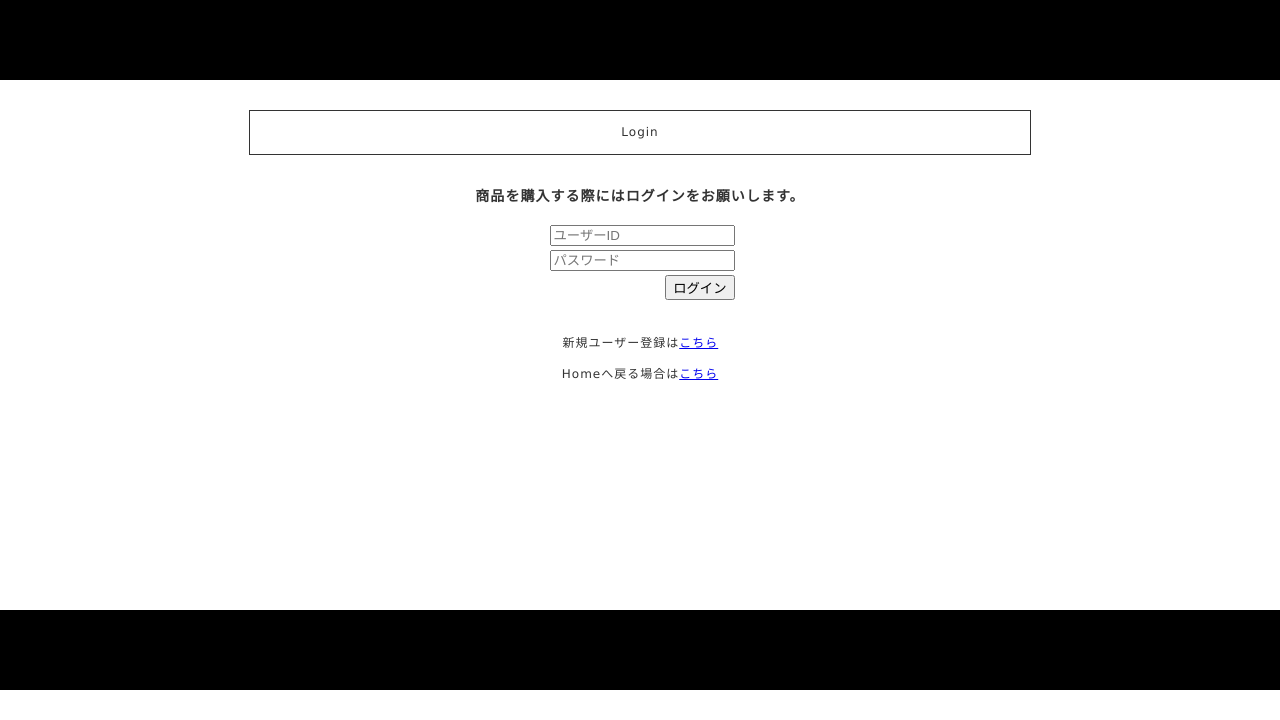
Repository: SNMAGNET/backup
Page: http://localhost/ecsite/HomeAction.action
An editor plug-in stored every save of this project. The page is shown before and after the next save, followed by the edit.
The browser window is 1280 px wide. The pictures show the whole page.
The page is served by Tomcat 9. Other server files are loaded and not shown.

Above is the page before, as saved 2018-01-18 05:52:01.

### ecsite/WebContent/login.jsp
<%@ page language="java" contentType="text/html; charset=UTF-8"
	pageEncoding="UTF-8"%>
<%@ taglib prefix="s" uri="/struts-tags"%>

<!DOCTYPE html>
<html>
<head>
	<meta charset="utf-8">
	<meta http-equiv="Content-Type" content="text/html; charset=utf-8" />
	<meta http-equiv="Content-Style-Type" content="text/css" />
	<meta http-equiv="Content-Script-Type" content="text/javascript" />
	<meta http-equiv="imagetoolbar" content="no" />
	<meta name="description" content="" />
	<meta name="keywords" content="" />
	<meta charset="utf-8">
	<title>Login画面</title>
	<style type="text/css">

		/* ========TAG LAYOUT======== */
		body {
		   margin:0;
		   padding:0;
		   line-height:1.6;
		   letter-spacing:1px;
		   font-family:Verdana, Helvetica, sans-serif;
		   font-size:12px;
		   color:#333;
		   background:#fff;
		}

		table {
			text-align:center;
			margin:0 auto;
		}

		/* ========ID LAYOUT======== */
		#top {
		   width:780px;
		   margin:30px auto;
		   border:1px solid #333;
		}

		#header {
		   width: 100%;
		   height: 80px;
		   background-color: black;
		}

		#main {
		   width: 100%;
		   height: 500px;
		   text-align: center;
		}

		#footer {
			width: 100%;
			height: 80px;
			background-color: black;
			clear:both;
		}

		#text-link {
			display: inline-block;
			text-align: right;
		}
	</style>
</head>
<body>
	<div id="header">
	 	<div id="pr">
		</div>
	</div>
	<div id="main">
		<div id="top">
			<p>Login</p>
		</div>
		<div>
			<h3>商品を購入する際にはログインをお願いします。</h3>
			<s:form action="LoginAction">
				<s:textfield name="loginUserId"
				             placeholder="ユーザーID"/>
				<s:password name="loginPassword"
				            placeholder="パスワード"/>
				<s:submit value="ログイン"/>
			</s:form>
			<br/>
			<div id="text-link">
				<p>新規ユーザー登録は<a href='<s:url action="UserCreateAction" />'>こちら</a></p>
				<p>Homeへ戻る場合は<a href='<s:url action="GoHomeAction" />'>こちら</a></p>
			</div>
		</div>
	</div>
	<div id="footer">
	 	<div id="pr">
		</div>
	</div>
</body>
</html>

After the next save:
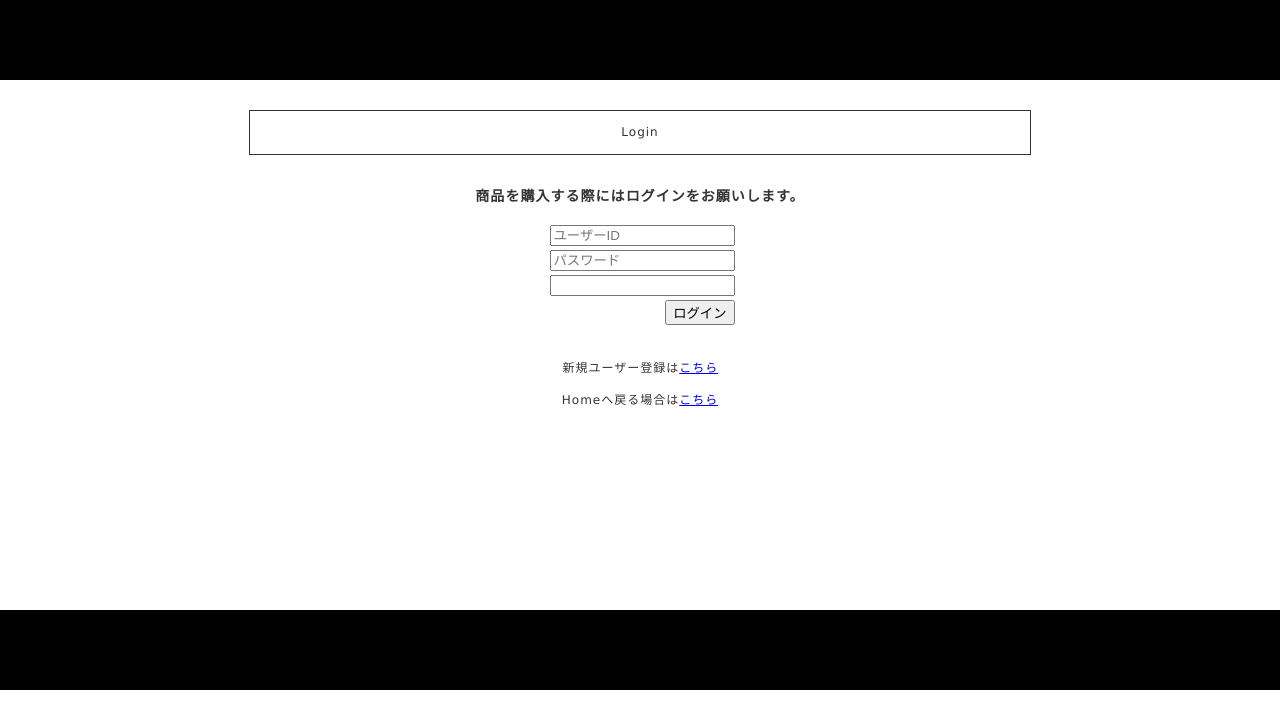
Saved 8 min 26 s later.
--- a/ecsite/WebContent/login.jsp
+++ b/ecsite/WebContent/login.jsp
@@ -81,6 +81,7 @@
 				             placeholder="ユーザーID"/>
 				<s:password name="loginPassword"
 				            placeholder="パスワード"/>
+				<s:textfield name="loginUseName"/>
 				<s:submit value="ログイン"/>
 			</s:form>
 			<br/>
